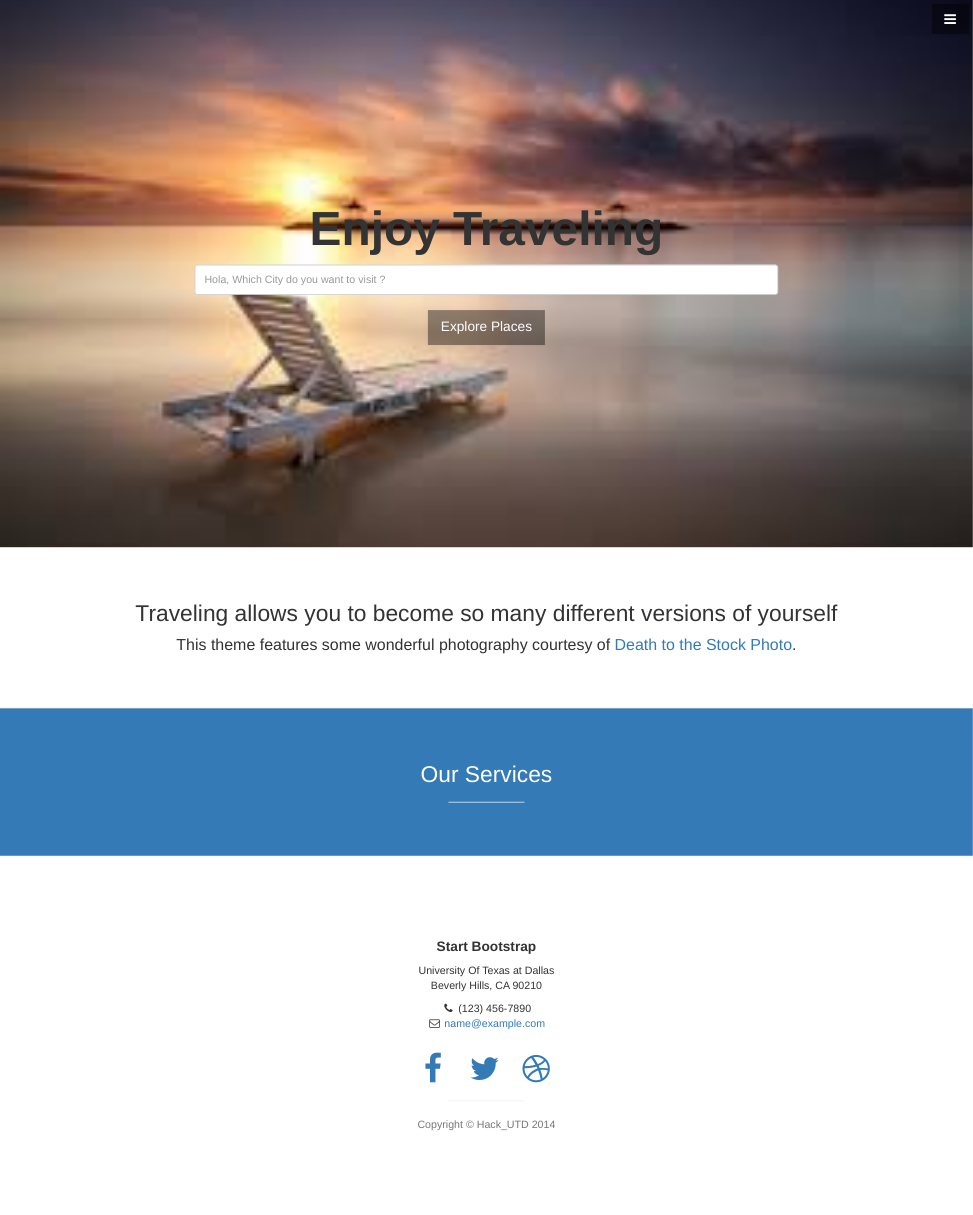
Repository: thomasronk/UTD_Hack
Page: http://localhost/route/Search
These files come from the project's save history. The page is drawn as it stood at one moment and after the next save; the edit follows.
The browser window is 1280 px wide. The pictures show the whole page, at 76% of full size.
Some web fonts or font styles are not loaded; a fallback is used. The page is served by Tomcat 9.

Above is the page before, as saved 2015-01-18 11:58:27.

After the next save:
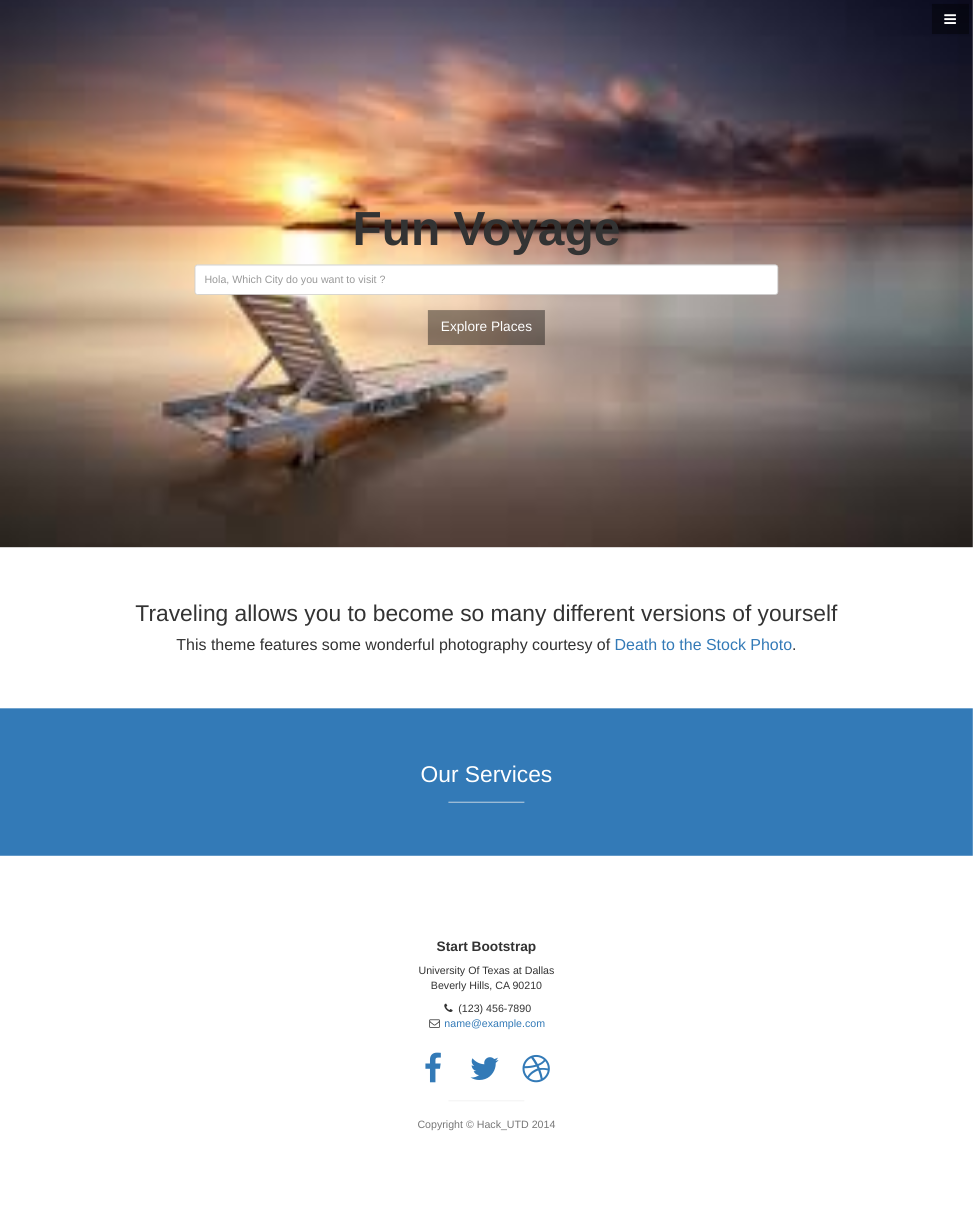
Saved 60 s later.
--- a/UTDHackWorkSpace/route/WebContent/WEB-INF/main.jsp
+++ b/UTDHackWorkSpace/route/WebContent/WEB-INF/main.jsp
@@ -63,7 +63,7 @@
     <header id="top" class="header">
 
         <div class="text-vertical-center">
-            <h1>Enjoy Traveling</h1>
+            <h1>Fun Voyage</h1>
             <!--  <h3>Free Bootstrap Themes &amp; Templates</h3>-->
             <input type="text" class="form-control" id="placeTextField" style="margin-left:20%;margin-top:1%;height:40px;width:60%;"placeholder="Hola, Which City do you want to visit ?"
                    name="place">
